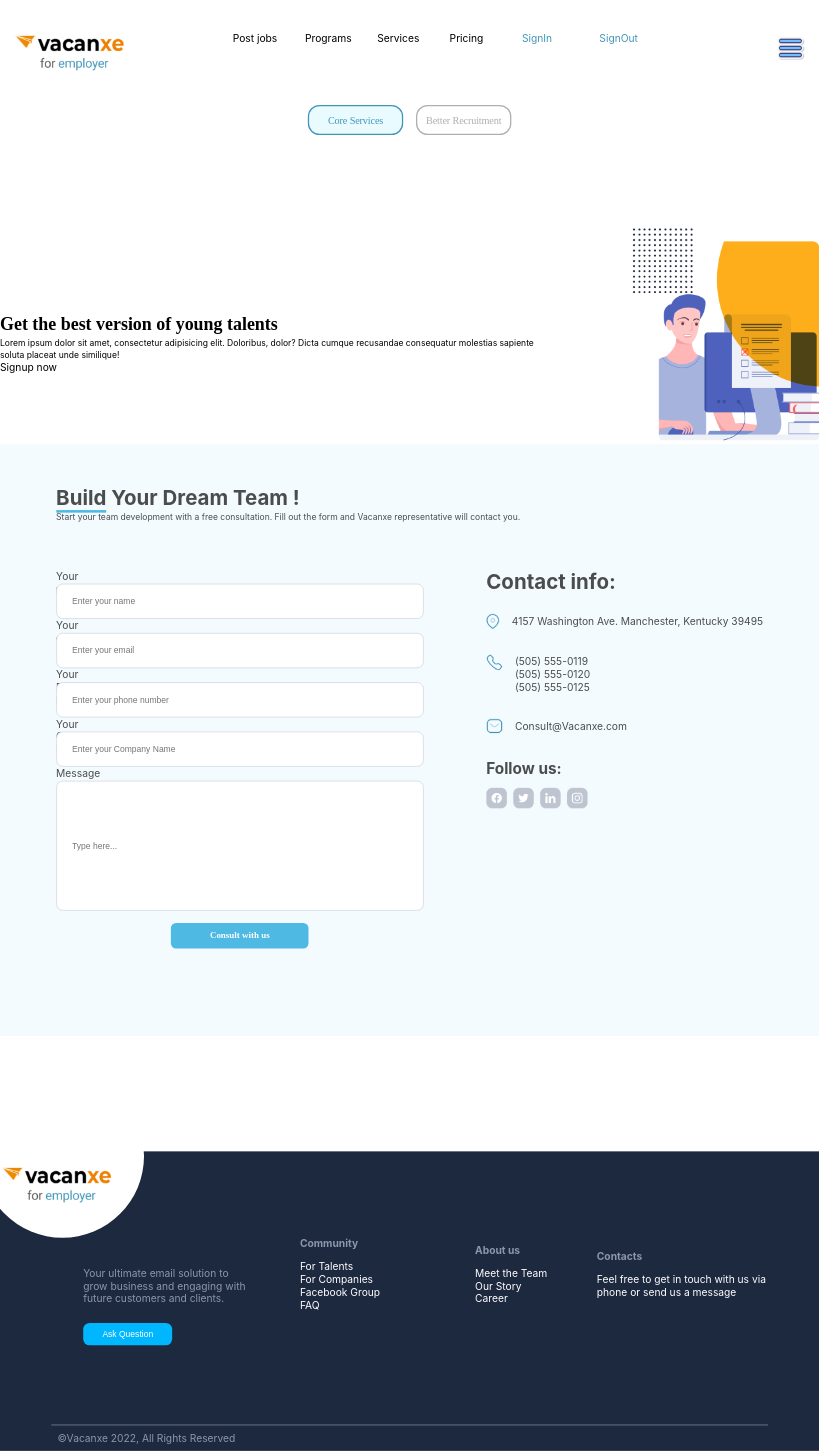
Repository: uh-sman/Vacanxe
Page: /
The author's editor kept a copy of each file at every save. The page is drawn from the files as they stood at one save, then again after the next save.
The browser window is 1280 px wide. The pictures show the whole page, at 64% of full size.
The project was rebuilt for these pictures with package versions that can differ from the ones it lists, and the page was loaded fresh each time.

Above is the page before, as saved 2022-12-03 18:38:42.

### src/App.js
import logo from "./logo.svg";
import "./App.css";
import Head from "./components/Head";

function App() {
  return (
    <div className="App">
      <Head />
    </div>
  );
}

export default App;

### src/App.css
* {
  margin: 0;
  padding: 0;
  box-sizing: border-box;
  list-style: none;
  text-decoration: none;
}
/* @keyframes App-logo-spin {
  from {
    transform: rotate(0deg);
  }
  to {
    transform: rotate(360deg);
  }
} */

### src/components/Head.js
import React from "react";
import { Body } from "./Body";
import { Footer } from "./Footer";
import { Navbar } from "./Navbar";
import { Team } from "./Team";

const Head = () => {
  return (
    <div>
      <Navbar />
      <Body />
      <Team />
      <Footer />
    </div>
  );
};

export default Head;

### src/components/Body.jsx
import React from "react";
import "./version.css";
import { Services } from "./Services";
import { Versions } from "./Versions";
export const Body = () => {
  return (
    <div>
      <Services />
      <div className="flex">
        <Versions />
      </div>
    </div>
  );
};

### src/components/Footer.jsx
import React from "react";
import logo from "../assets/logo 1.png";
import "./footer.css";
export const Footer = () => {
  return (
    <div>
      <div className="footer-section">
        <div className="image-logo">
          <img src={logo} />
        </div>
        <div className="footer-texts">
          <div className="div">
            <p className="text">
              Your ultimate email solution to grow business and engaging with
              future customers and clients.
            </p>
            <button className="button">Ask Question</button>
          </div>
          <div className="div">
            <ul>
              <h4>Community</h4>
              <li>For Talents</li>
              <li>For Companies</li>
              <li>Facebook Group</li>
              <li>FAQ</li>
            </ul>
          </div>
          <div className="div">
            <ul>
              <h4>About us</h4>
              <li>Meet the Team</li>
              <li>Our Story</li>
              <li>Career</li>
            </ul>
          </div>
          <div className="div">
            <ul>
              <h4>Contacts</h4>
              <p>
                Feel free to get in touch with us via phone or send us a message
              </p>
            </ul>
          </div>
        </div>
        <div className="div">
          <ul>
            <li className="copyright">
              &copy;Vacanxe 2022, All Rights Reserved
            </li>
            <li></li>
          </ul>
        </div>
      </div>
    </div>
  );
};

### src/components/Navbar.jsx
import React from "react";
import logo from "../assets/logo 1.png";
import { data } from "./data";
import { signin } from "./data";
import "./navbar.css";
import { SideNav } from "./SideNav";
export const Navbar = () => {
  return (
    <div>
      <nav>
        <div className="navbar-container">
          <div>
            <img src={logo} />
          </div>
          <div className="navbar-nav">
            <div className="nav-list">
              {data.map(({ id, title }) => {
                return (
                  <ul key={id}>
                    <li>{title}</li>
                  </ul>
                );
              })}
            </div>
            <div className="link">
              {signin.map(({ id, title }) => {
                return (
                  <a href="" key={id}>
                    {title}
                  </a>
                );
              })}
            </div>
          </div>
          <SideNav />
        </div>
        <div></div>
      </nav>
    </div>
  );
};

### src/components/Team.jsx
import React from "react";
import { ContactInfo } from "./ContactInfo";
import { Form } from "./Form";
import "./team.css";
export const Team = () => {
  return (
    <div>
      <div className="team-container">
        <div className="team">
          <div className="build">
            <div className="team-header">
              <h1>
                <span className="custom"> Build</span> Your Dream Team !
              </h1>
              <small className="small">
                Start your team development with a free consultation. Fill out
                the form and Vacanxe representative will contact you.
              </small>
            </div>
            <div className="flexed">
              {" "}
              <div>
                <Form />
              </div>
              <div>
                <ContactInfo />
              </div>
            </div>
          </div>
        </div>
      </div>
    </div>
  );
};
// ;

### src/components/version.css
.version-link {
}
.versions-container {
  margin-top: 80px;
}
.versions-section {
  /* display: grid; */
  /* place-items: center; */
  display: flex;
  gap: 162.58px;
  justify-content: center;
  align-items: center;
  margin: auto;
  /* padding: 86px 50px; */

  /* grid-template-columns: 1fr 1fr; */
}
.h2 {
  font-family: Poppins;
  font-size: 28px;
  font-weight: 700;
  line-height: 37px;
  letter-spacing: 0em;
  /* text-align: left; */
  /* width: 379px;
  height: 74px; */

  /* font-family: "Poppins";
  font-style: normal;
  font-weight: 700;
  font-size: 28px;
  line-height: 37px; */
}
.man {
  height: 313.4984436035156px;
  width: 251.41943359375px;
  /* left: 872.580078125px;
top: 830.1708984375px;
border-radius: [object Object]px; */
}
.flex {
  display: flex;
  gap: 36px;
}
/* .versions-container {
  display: flex;
  flex-direction: column;
  justify-content: center;
  align-items: center;
  margin: auto;
} */
.dotted {
  position: absolute;
  margin-top: -20px;
  margin-left: -40px;
}

### src/components/Services.jsx
import React from "react";
import "./services.css";
export const Services = () => {
  return (
    <div>
      <div>
        <ul className="services-button-section">
          <a className="btn-core">Core Services</a>
          <a className="btn-better">Better Recruitment</a>
        </ul>
      </div>
    </div>
  );
};

### src/components/Versions.jsx
import React from "react";
import "./version.css";
import man from "../assets/computer.png";
import dotted from "../assets/Dot Pattern 1.png";
export const Versions = () => {
  return (
    <div>
      <div className="versions-container">
        <div className="versions-section">
          <div>
            <h2 className="h2">Get the best version of young talents</h2>
            <small>
              Lorem ipsum dolor sit amet, consectetur adipisicing elit.
              Doloribus, dolor? Dicta cumque recusandae consequatur molestias
              sapiente soluta placeat unde similique!
            </small>
            <div>
              <a className="version-link">Signup now </a>
            </div>
          </div>
          <div>
            <img src={dotted} className="dotted" />
            <img src={man} className="man" />
          </div>
        </div>
      </div>
    </div>
  );
};

### src/components/footer.css
.footer-section {
  background: #1d293f;
  /* height: 533px; */
  /* width: 1600px; */
  /* left: 127px; */
  /* top: 0px;
  border-radius: 0px; */
}

.image-logo {
  position: absolute;
  /* top: 0; */
  margin-top: -120px;
  /* left: -2px; */
  /* display: flex;
  align-items: center;
  justify-content: center; */
  background-color: white;
  padding-top: 140px;
  padding-left: 30px;
  /* width: 25%; */
  /* height: 40%; */
  /* padding: 10px; */
  height: 255px;
  width: 255px;
  left: -30px;
  /* top: -105px; */
  border-radius: 0px;

  border-radius: 50%;
}
.button {
  border: none;
  margin-top: 28px;
  color: white;
  background: #00b6ff;
  padding: 10px 30px;
  border-radius: 10px;
}
.ultimate-email {
  color: white;
  position: absolute;
  margin-top: 180px;
  padding-left: 245px;
  /* height: 84px;
  left: 21.54%;
  right: 63.06%;
  top: calc(50% - 84px / 2 - 108.5px); */
}
.footer-texts {
  color: #ffff;
  display: grid;
  padding-top: 80px;
  padding-left: 50px;
  /* margin-left: 120px; */
  margin: 0px 80px;
  place-items: center;
  /* margin-right: 40px; */
  margin-top: 180px;
  grid-template-columns: 1fr 1fr 1fr 1fr;
  padding-bottom: 124px;
  border-bottom: 1px solid #8c97ac;
}
.footer-texts h4 {
  color: #8c97ac;
  margin-bottom: 16px;
}
/* .ultimate-email p {
  width: 40%;
} */
.text {
  margin-top: 100px;
  color: #8c97ac;
}
.copyright {
  color: #8c97ac;
  padding: 10px 90px;
}
@media only screen and (min-width: 650px) and (max-width: 1200px) {
  .footer-texts {
    padding-top: 150px;
    grid-template-columns: 1fr 1fr;
    text-align: center;
  }
  .text {
    margin-top: 0px;
  }
  .div {
    margin-bottom: 40px;
  }
}
@media only screen and (max-width: 650px) {
  .footer-texts {
    padding-left: 0px;
    padding-top: 180px;
    grid-template-columns: 1fr;
    text-align: center;
  }
  .text {
    margin-top: 0px;
  }
  .div {
    margin-bottom: 40px;
  }
}

### src/components/data.js
export const data = [
  {
    id: 1,
    title: "Post jobs",
  },
  {
    id: 2,
    title: "Programs",
  },
  {
    id: 3,
    title: "Services",
  },
  {
    id: 4,
    title: "Pricing",
  },
];

export const signin = [
  {
    id: 1,
    title: "SignIn",
  },
  {
    id: 2,
    title: "SignOut",
  },
];

### src/components/navbar.css
.navbar-container {
  display: flex;
  justify-content: space-between;
  margin: 50px 20px;
}
.nav-list {
  display: flex;
  gap: 30px;
}
.navbar-nav {
  display: flex;
  gap: 30px;
}
.nav-list ul li {
  height: 43px;
  width: 83px;
  left: 770px;
  top: 36px;
  /* border-radius: nullpx; */
}
.link {
  /* margin-right: 80px; */
  display: flex;
  gap: 10px;
}
.link a {
  color: #4196b8;
  height: 31px;
  width: 111px;
  left: 1221px;
  top: 47px;
  /* border-radius: nullpx; */
}
.burger-img {
  width: 50px;
}
@media only screen and (max-width: 1200px) {
  .navbar-nav {
    display: none;
  }
  .sidebar-container {
    /* display: inline-block; */
    /* margin: 0 0.5rem; */
    /* animation: slideInRight 2s; */
    /* animation-duration: 2s; */
    border-top-left-radius: 10px;
    border-bottom-left-radius: 10px;
    height: 100%;
    width: 60%;
    top: 0px;
    right: 0px;
    background-color: #222222;
    position: fixed;
  }
}

### src/components/SideNav.jsx
import React, { useState } from "react";
import "./navbar.css";
import burger from "../assets/burger-menu.png";
import { data } from "./data";
export const SideNav = () => {
  const [open, setOpen] = useState(false);
  return (
    <div>
      {open ? (
        data.map(({ title, id }) => {
          return (
            <div key={id} className="sidebar-container">
              <ul>
                {/* <h1></h1> */}
                <li>{title}</li>
              </ul>
            </div>
          );
        })
      ) : (
        <img
          src={burger}
          className="burger-img"
          onClick={(e) => setOpen(!open)}
        />
      )}
    </div>
  );
};

### src/components/ContactInfo.jsx
import React from "react";
import "./contact.css";
import location from "../assets/Location.png";
import message from "../assets/Message.png";
import twitter from "../assets/twitter.png";
import facebook from "../assets/facebook.png";
import instagram from "../assets/instagram.png";
import linkedin from "../assets/linkedin.png";
import stroke from "../assets/Stroke 5.png";
export const ContactInfo = () => {
  return (
    <div>
      <div className="contact-container">
        <h1 className="header-text">Contact info:</h1>
        <div className="contact-section">
          <div>
            <p className="contact">
              <img src={location} /> 4157 Washington Ave. Manchester, Kentucky
              39495
            </p>
          </div>
          <div>
            <ul className="contact-list">
              <div>
                <img src={stroke} />
              </div>
              <div>
                <li>(505) 555-0119</li>
                <li>(505) 555-0120</li>
                <li>(505) 555-0125</li>
              </div>
            </ul>
          </div>
          <div>
            <p className="contact">
              <img src={message} /> Consult@Vacanxe.com
            </p>
          </div>
          <div>
            <h2>Follow us:</h2>
            <div className="socials">
              <img src={facebook} />
              <img src={twitter} />
              <img src={linkedin} />
              <img src={instagram} />
            </div>
          </div>
        </div>
      </div>
    </div>
  );
};

### src/components/Form.jsx
import React from "react";
import { ContactInfo } from "./ContactInfo";
import "./form.css";
export const Form = () => {
  return (
    <div>
      <div className="team-section">
        <div>
          <form className="form-container">
            <div className="form">
              <label>Your name</label>
              <input className="input-field" placeholder="Enter your name" />
            </div>
            <div className="form">
              <label>Your email</label>
              <input className="input-field" placeholder="Enter your email" />
            </div>
            <div className="form">
              <label>Your Phone Number</label>
              <input
                className="input-field"
                placeholder="Enter your phone number"
              />
            </div>
            <div className="form">
              <label>Your Company Name</label>
              <input
                className="input-field"
                placeholder="Enter your Company Name"
              />
            </div>
            <div className="form">
              <label>Message</label>
              <input className="message" placeholder="Type here..." />
            </div>
            <button className="form-button">Consult with us</button>
          </form>
        </div>
      </div>
    </div>
  );
};

### src/components/team.css
.team-container {
  background: #f4fbff;
  /* height: 1101px; */
  /* width: 1539px; */
  /* left: -14px;
top: 2142px; */
  border-radius: 0px;
}
.custom {
  border-bottom: 4px solid #4eb9e3;
}
.build {
  color: #4b4c4e;
}
.flexed {
  margin: 73px 0px;
  display: flex;
  gap: 98px;
}
.team {
  display: flex;
  justify-content: center;
  padding: 64px 0px;
}
/* .small {
  padding-bottom: 73px;
} */
@media only screen and (max-width: 950px) {
  .flexed {
    flex-direction: column;
  }
  .team-header {
    text-align: center;
  }
}

### src/components/services.css
.services-button-section {
  display: flex;
  gap: 20px;
  justify-content: center;
  margin-bottom: 86px;
}
.btn-core {
  font-family: Poppins;
  font-size: 16px;
  font-weight: 500;
  line-height: 24px;
  letter-spacing: -0.015em;
  text-align: center;
  border: 2px solid #4196b8;
  height: 47px;
  width: 149px;
  display: flex;
  align-items: center;
  justify-content: center;
  border-radius: 18px;
  background-color: #e9fbff;
  color: #4196b8;
}
.btn-better {
  font-family: Poppins;
  font-size: 16px;
  font-weight: 500;
  line-height: 24px;
  letter-spacing: -0.015em;
  text-align: center;
  border: 2px solid #afafaf;
  height: 47px;
  width: 149px;
  display: flex;
  align-items: center;
  justify-content: center;
  border-radius: 18px;
  background-color: #ededed 10%;
  color: #afafaf;
}

### src/components/contact.css
.header-text {
  /* height: 28px;
  width: 132px;
  left: 931px;
  top: 2435px;
  border-radius: nullpx; */
}
.contact {
  display: flex;
  align-items: center;
  gap: 20px;
}
.contact-section {
  display: flex;
  flex-direction: column;
  gap: 40px;
  margin: 30px 0px;
}
.contact-list {
  display: flex;
  gap: 20px;
}
.socials {
  margin-top: 16px;
  display: flex;
  gap: 10px;
}
@media only screen and (max-width: 750px) {
  .contact-container {
    padding: 0px 30px;
  }
}

### src/components/form.css
.form {
  display: flex;
  flex-direction: column;
}
.form label {
  height: 22px;
  width: 78px;
  left: 263px;
  top: 2409px;
  border-radius: nullpx;
}
.input-field {
  padding: 0px 24px;
  height: 55px;
  width: 574px;
  left: 259px;
  top: 2536px;
  border-radius: 10px;
  border: 1px solid #c8d0da;
  outline: transparent;
}
.message {
  padding: 0px 24px;
  height: 203px;
  width: 574px;
  left: 259px;
  /* top: 2839px; */
  border: 1px solid #c8d0da;
  border-radius: 10px;
  outline: transparent;
}
.form-button {
  font-family: Rubik;
  font-size: 14px;
  font-weight: 700;
  line-height: 16px;
  /* letter-spacing: 0em; */
  /* text-align: left; */

  margin-top: 19px;
  border: none;
  color: white;
  background-color: #4eb9e3;
  height: 40px;
  width: 215px;
  left: 257px;
  top: 3061px;
  border-radius: 8px;
  padding: 12px 24px 12px 24px;
}
.form-container {
  display: flex;
  flex-direction: column;
  align-items: center;
  justify-content: center;
}
/* .team-section {
  display: flex;
  justify-content: center;
  align-items: center;
} */

@media only screen and (min-width: 200px) and (max-width: 600px) {
  .input-field {
    width: 350px;
  }
  .message {
    width: 350px;
  }
}

Loaded but not shown: public/index.html (common file); src/index.js (common file); src/index.css (common file); src/reportWebVitals.js (common file)

After the next save:
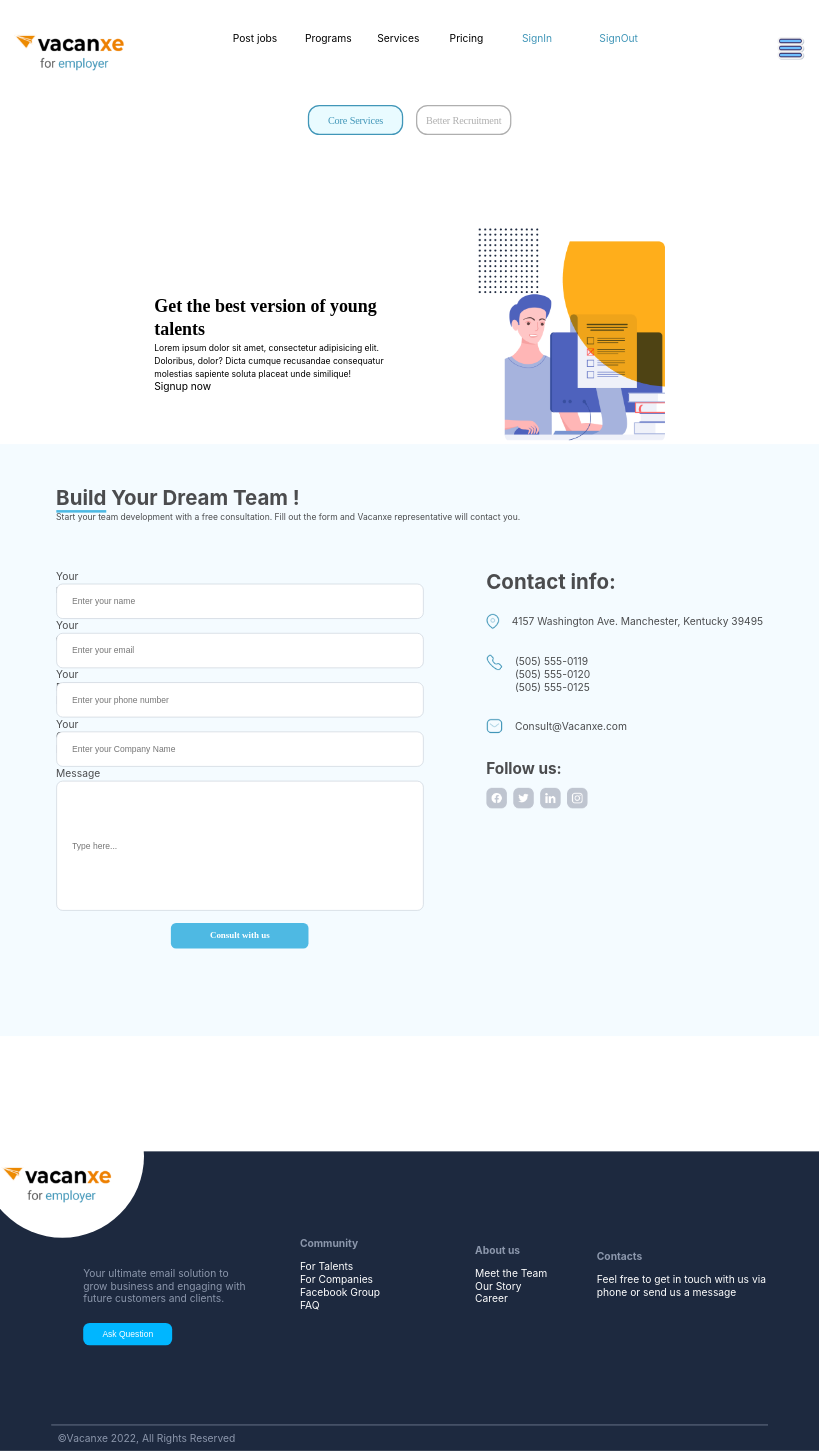
Saved 36 s later.
--- a/src/components/version.css
+++ b/src/components/version.css
@@ -14,6 +14,9 @@
   /* padding: 86px 50px; */
 
   /* grid-template-columns: 1fr 1fr; */
+}
+.text-section {
+  width: 30%;
 }
 .h2 {
   font-family: Poppins;
--- a/src/components/Versions.jsx
+++ b/src/components/Versions.jsx
@@ -7,7 +7,7 @@ export const Versions = () => {
     <div>
       <div className="versions-container">
         <div className="versions-section">
-          <div>
+          <div className="text-section">
             <h2 className="h2">Get the best version of young talents</h2>
             <small>
               Lorem ipsum dolor sit amet, consectetur adipisicing elit.
